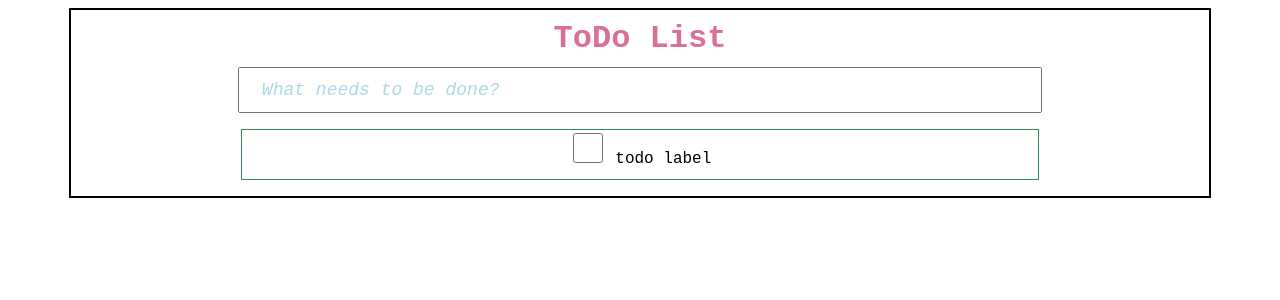
Repository: litalsh/To-Do-List
Page: index.html
The author's editor kept a copy of each file at every save. The page is drawn from the files as they stood at one save, then again after the next save.
The browser window is 1280 px wide. The pictures show the whole page.

Above is the page before, as saved 2019-10-24 17:49:34.

### index.html
<!DOCTYPE html>
<html lang="en">

<head>
    <meta charset="UTF-8">
    <meta name="viewport" content="width=device-width, initial-scale=1.0">
    <meta http-equiv="X-UA-Compatible" content="ie=edge">
    <link rel="stylesheet" href="style.css">
    <title>ToDo List</title>
</head>

<body>
    <div class="container">
        <header>
            <h1>ToDo List</h1>
            <input type="text" class="todo_input" placeholder="What needs to be done?">
        </header>
        <ul class="todo_list">
            <li class="todo_item">
                <div>
                    <input type="checkbox" class="checked">
                    <label>todo label</label>
                    <div class="remove"></div>
                </div>
            </li>
        </ul>
    </div>


    <script src="script.js"></script>
</body>

</html>

### style.css
body{
    font-family: 'Courier New', Courier, monospace;
  }

  .container{
    width: 90%;
    margin: 0 auto;
    border: 2px solid black;
    text-align: center;
  }

  header > h1{
    color: palevioletred;
    margin: 10px auto;
  }

  .todo_input{
    width: 70%;
    line-height: 40px;
    text-indent: 20px;
    font-family: 'Courier New', Courier, monospace;
    font-size: 18px;
    color: darkslategrey;

  }

  .todo_input::placeholder{
    font-style: italic;
    font-size: 18px;
    color: lightblue;
    font-family: 'Courier New', Courier, monospace;

  }

  .todo_list{
    list-style: none;
    padding: 0;
  }

  .todo_item{
      border: 1px solid seagreen;
      width: 70%;
      line-height: 40px;
      margin: 0 auto;
  }

  .checked{
      width: 30px;
      height: 30px;

  }

Loaded but not shown: script.js (no stored copy; drawn as an empty file)

After the next save:
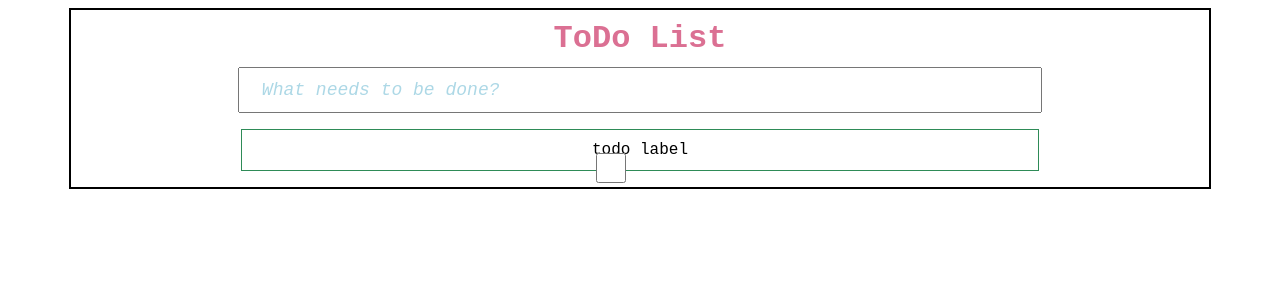
Saved 105 s later.
--- a/style.css
+++ b/style.css
@@ -42,10 +42,13 @@ body{
       width: 70%;
       line-height: 40px;
       margin: 0 auto;
+      position: relative;
   }
 
   .checked{
       width: 30px;
       height: 30px;
+      position: absolute;
+      top: 50%;
 
   }
